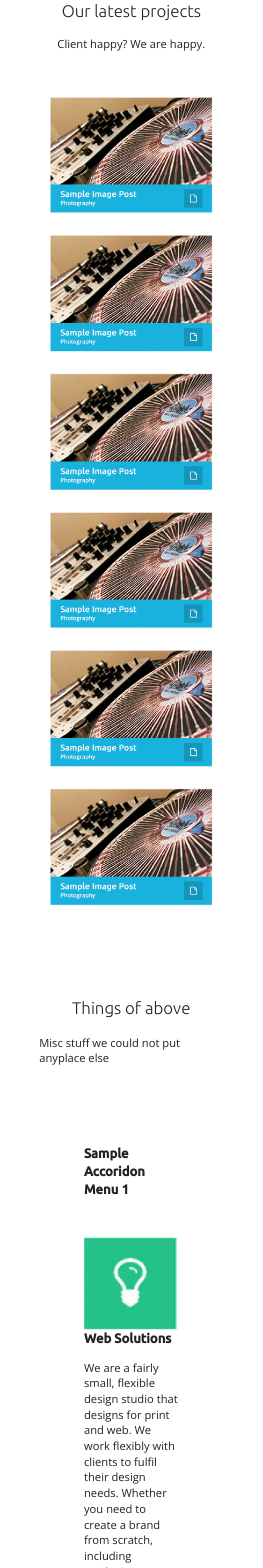
Repository: lpcmendoza/LAB02BF_Group9
Page: index.html
An editor plug-in stored every save of this project. The page is shown before and after the next save, followed by the edit.
The browser window is 375 px wide. The pictures show the part of the page from y = 4260 to 6500 px (the page is 10407 px tall before and 5625 px after), at 70% of full size.

Above is the page before, as saved 2024-02-12 18:34:56.

After the next save:
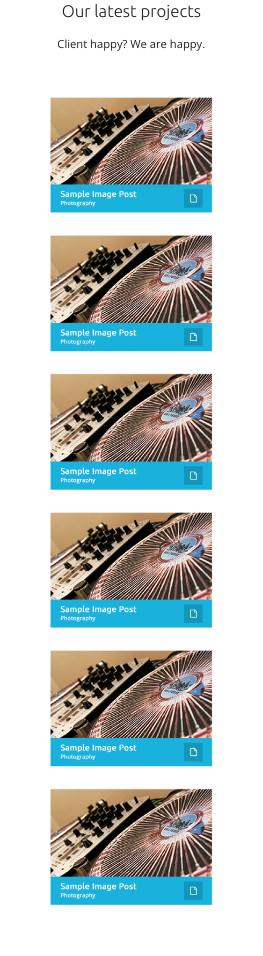
Saved 2 min 47 s later.
--- a/css/style.css
+++ b/css/style.css
@@ -338,6 +338,10 @@
     display: none;
   }
 
+  .section-things {
+    display: none;
+  }
+
 }
 
 

After the save that followed:
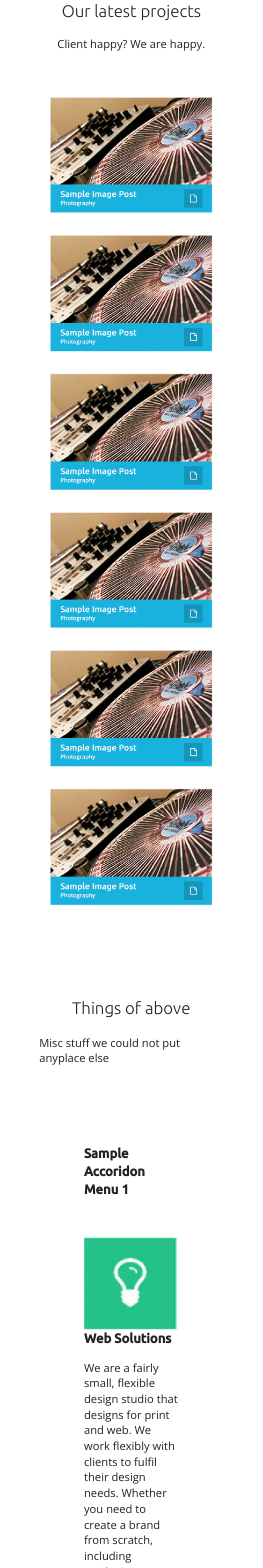
Saved 47 s later.
--- a/css/style.css
+++ b/css/style.css
@@ -338,7 +338,7 @@
     display: none;
   }
 
-  .section-things {
+  .things-above-inner-container {
     display: none;
   }
 
